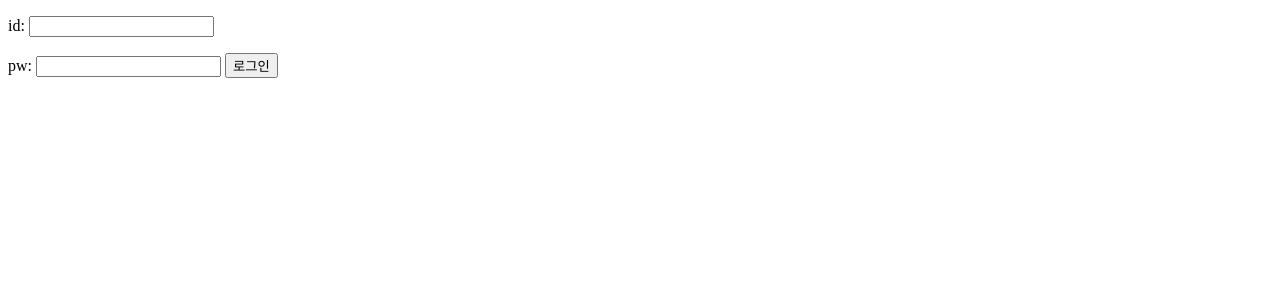
Repository: deok2kim/Java
Page: http://localhost/spring01/login.do
An editor plug-in stored every save of this project. The page is shown before and after a run of saves, followed by the edit.
The browser window is 1280 px wide. The pictures show the whole page.
The page is served by Tomcat 9.

Above is the page before, as saved 2020-11-24 14:14:21.

After the next 2 saves:
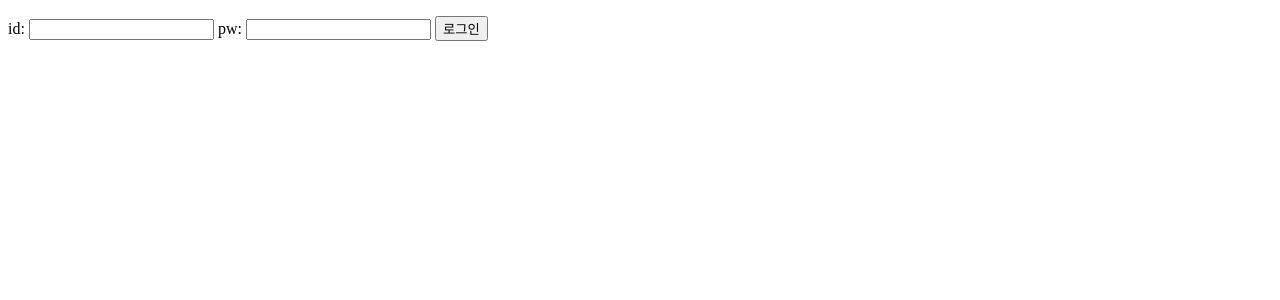
The 2 saves are shown as one change because they came seconds apart.
The last was saved 13 s later.
--- a/spring01/src/main/webapp/WEB-INF/views/test/login.jsp
+++ b/spring01/src/main/webapp/WEB-INF/views/test/login.jsp
@@ -26,10 +26,11 @@ $(function(){
 </head>
 <body>
 
-<p>id: <input type="text" id="id"> </p>
+<p>
+id: <input type="text" id="id">
 pw: <input type="password" id="pw">
 <input type="button" id="btnLogin" value="로그인">
-
+</p>
 <div id="result"></div>
 </body>
 </html>
